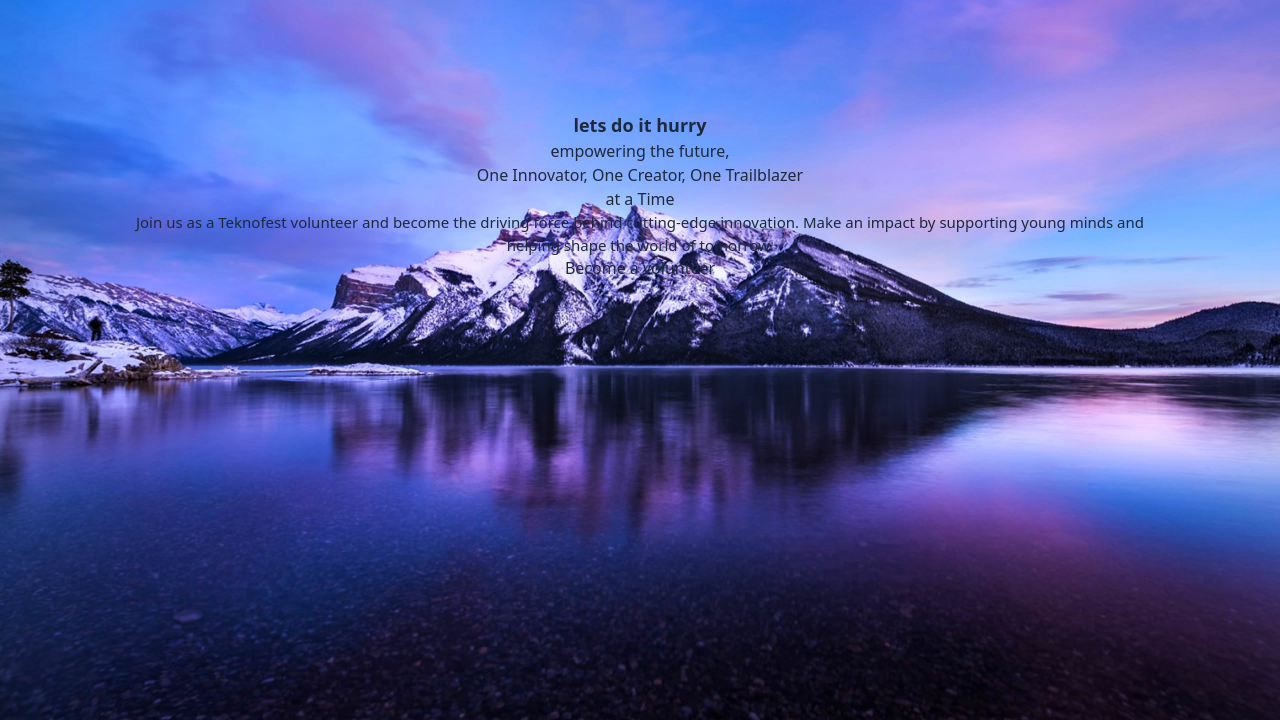
Repository: ManaheelJamil/TechnoFest-competetion
Page: /
An editor plug-in stored every save of this project. The page is shown before and after the next save, followed by the edit.
The browser window is 1280 px wide. The pictures show the whole page.
The project was rebuilt for these pictures with package versions that can differ from the ones it lists, and the page was loaded fresh each time. The framework's server and built-in components were replaced by stand-ins that run in the browser. Also part of the build but not shown: next.config.mjs.

Above is the page before, as saved 2024-10-13 13:19:04.

After the next save:
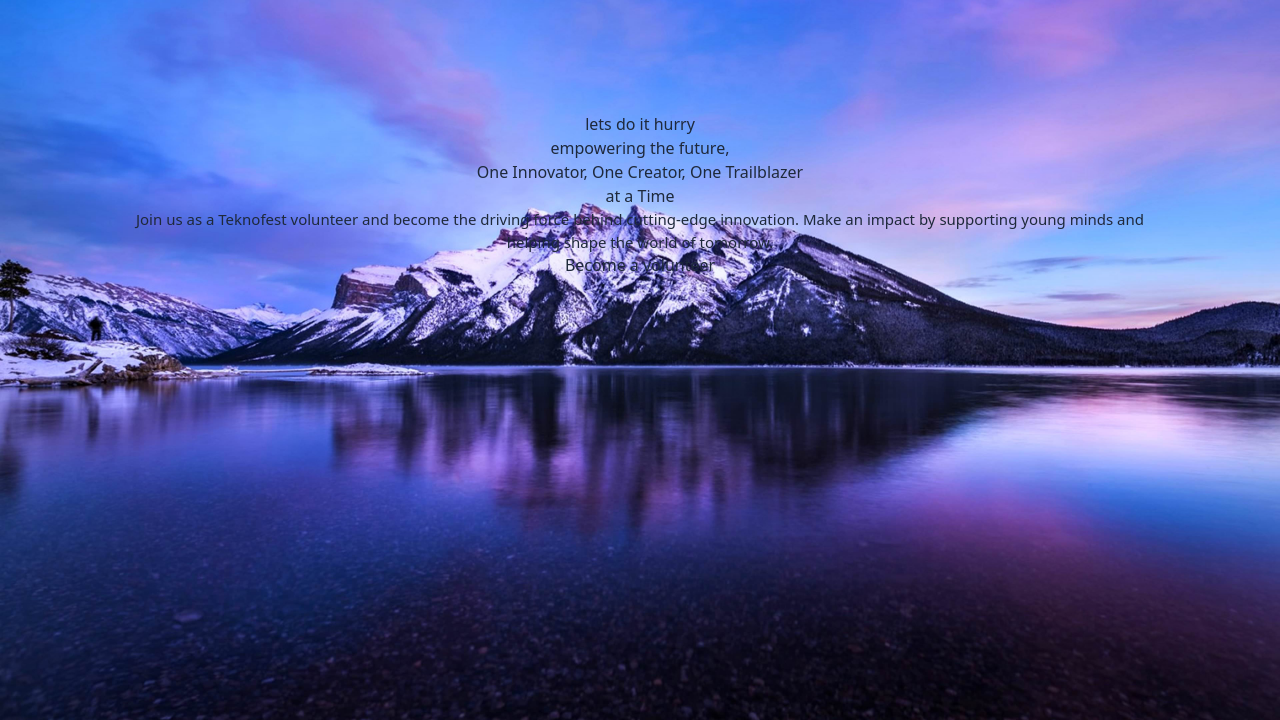
Saved 31 s later.
--- a/app/compoenent/irtizatask.js
+++ b/app/compoenent/irtizatask.js
@@ -5,7 +5,7 @@
     <div className='flex justify-center  w-full h-100vh banner' >
 
         <div className='flex flex-col justify-items-center text-slate-800 text-center items-center m-28'  >
-        <p className='text-[18px] font-bold'>
+        <p className=' '>
             lets do it hurry
         </p>
         <p>

After the 3 saves that followed:
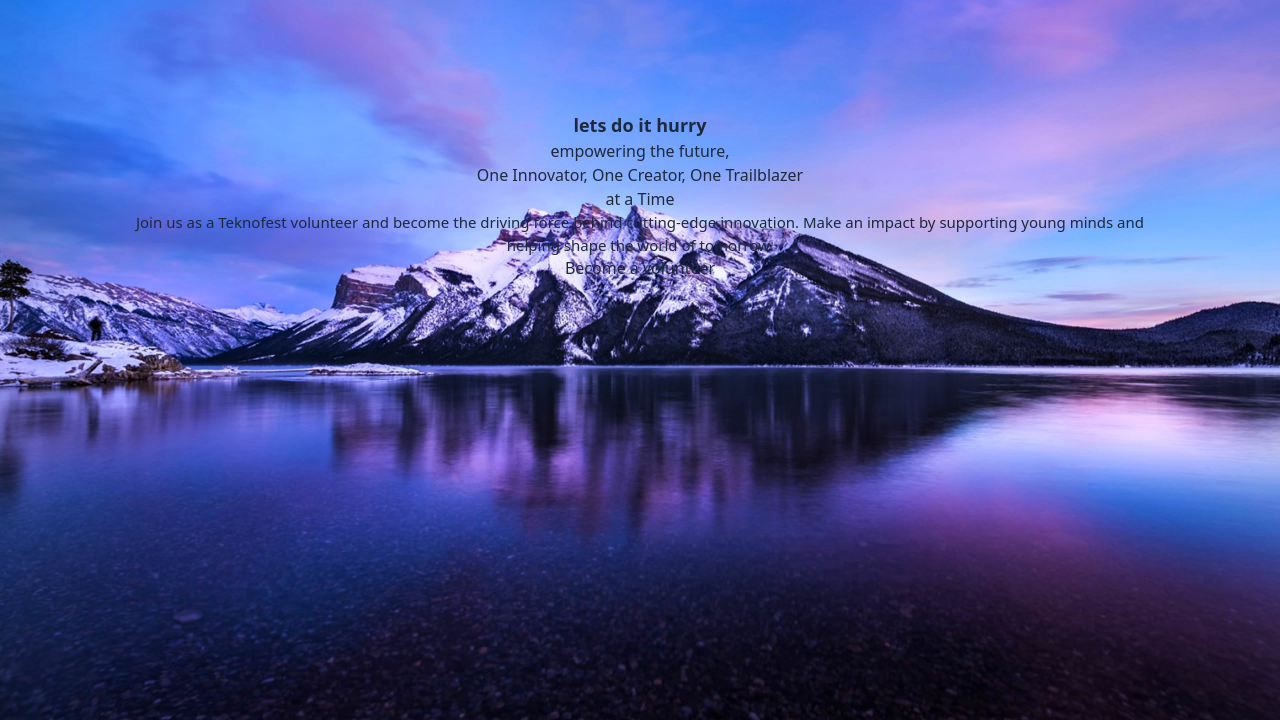
The 3 saves are shown as one change because they came seconds apart.
The last was saved 8 s later.
--- a/app/compoenent/irtizatask.js
+++ b/app/compoenent/irtizatask.js
@@ -5,7 +5,7 @@
     <div className='flex justify-center  w-full h-100vh banner' >
 
         <div className='flex flex-col justify-items-center text-slate-800 text-center items-center m-28'  >
-        <p className=' '>
+        <p className='text-[18px] font-bold'>
             lets do it hurry
         </p>
         <p>
